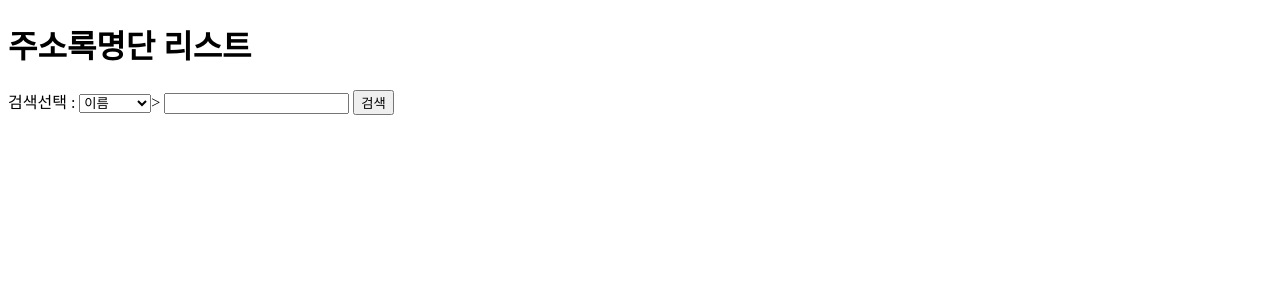
Repository: chanhooop/JSP
Page: http://localhost/CRUD/ABQuery.jsp
The author's editor kept a copy of each file at every save. The page is drawn from the files as they stood at one save, then again after the next save.
The browser window is 1280 px wide. The pictures show the whole page.
The page is served by Tomcat 9. Queries for data that is not in the repository find no rows.

Above is the page before, as saved 2021-05-11 09:21:25.

### CRUD/src/main/webapp/ABQuery.jsp
<%@ page language="java" contentType="text/html; charset=UTF-8"
    pageEncoding="UTF-8"%>
<!DOCTYPE html>
<html>
<head>
<meta charset="UTF-8">
<title>Insert title here</title>
</head>
<body>

<h1>주소록명단 리스트</h1>

<form action="">
	검색선택 : <select name="condition">
			<option value="name">이름</option>
			<option value="tel">전화번호</option>
		</select>>
		<input type="text" name="search">
		<input type="button" value="검색" onclick="react">
</form>

<form name="react" action="">

<%


%>

</form>

</body>
</html>

After the next save:
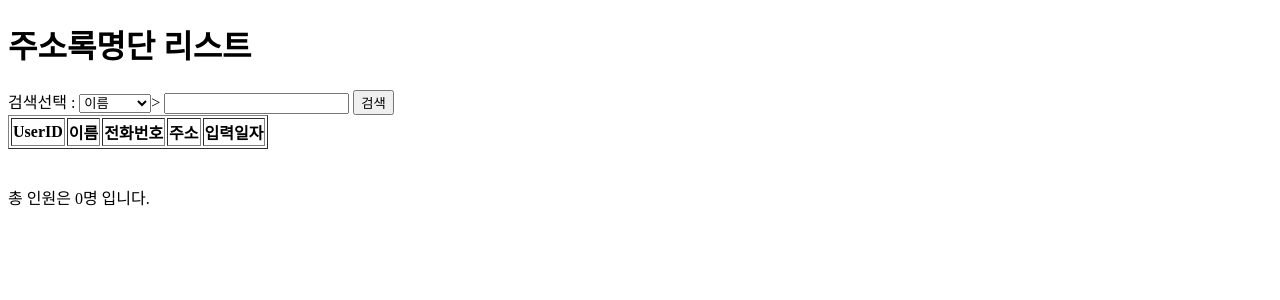
Saved 2 min 17 s later.
--- a/CRUD/src/main/webapp/ABQuery.jsp
+++ b/CRUD/src/main/webapp/ABQuery.jsp
@@ -1,5 +1,6 @@
 <%@ page language="java" contentType="text/html; charset=UTF-8"
     pageEncoding="UTF-8"%>
+    <%@page import="java.sql.*"%>
 <!DOCTYPE html>
 <html>
 <head>
@@ -16,15 +17,62 @@
 			<option value="tel">전화번호</option>
 		</select>>
 		<input type="text" name="search">
-		<input type="button" value="검색" onclick="react">
-</form>
+		<input type="submit" value="검색">
 
-<form name="react" action="">
 
 <%
 
+//---데이터 베이스---
 
+String url_mysql = "jdbc:mysql://localhost/customer?serverTimezone=Asia/Seoul&characterEncoding=utf8&useSSL=false";
+String id_mysql = "root";
+String pw_mysql = "qwer1234";
+
+
+// select에서는 굳이 안써도 되지만 보안상 업데이트기능에서는 써준다!
+String whereStatement = "select userid, name, tel, address, insertdate from purchaserinsert";
+int cnt=0;
+
+try{
+	Class.forName("com.mysql.cj.jdbc.Driver");
+	Connection conn_mysql = DriverManager.getConnection(url_mysql, id_mysql,pw_mysql);
+	Statement stmt_mysql = conn_mysql.createStatement();
+
+
+	ResultSet rs = stmt_mysql.executeQuery(whereStatement);
 %>
+
+	<table border="1">
+		<tr>
+			<th>UserID</th><th>이름</th><th>전화번호</th><th>주소</th><th>입력일자</th>
+		</tr>
+
+
+
+<%
+	while(rs.next()){
+%>
+	<tr>
+		<td><%=rs.getString(1) %></td>
+		<td><%=rs.getString(2) %></td>
+		<td><%=rs.getString(3) %></td>
+		<td><%=rs.getString(4) %></td>
+		<td><%=rs.getString(5) %></td>
+	</tr>
+<%
+		cnt++;
+	}
+%>
+	</table>
+<%
+	conn_mysql.close();
+
+}catch(Exception e){
+	e.printStackTrace();
+}
+%>
+<br><br>
+총 인원은 <%=cnt %>명 입니다.
 
 </form>
 
